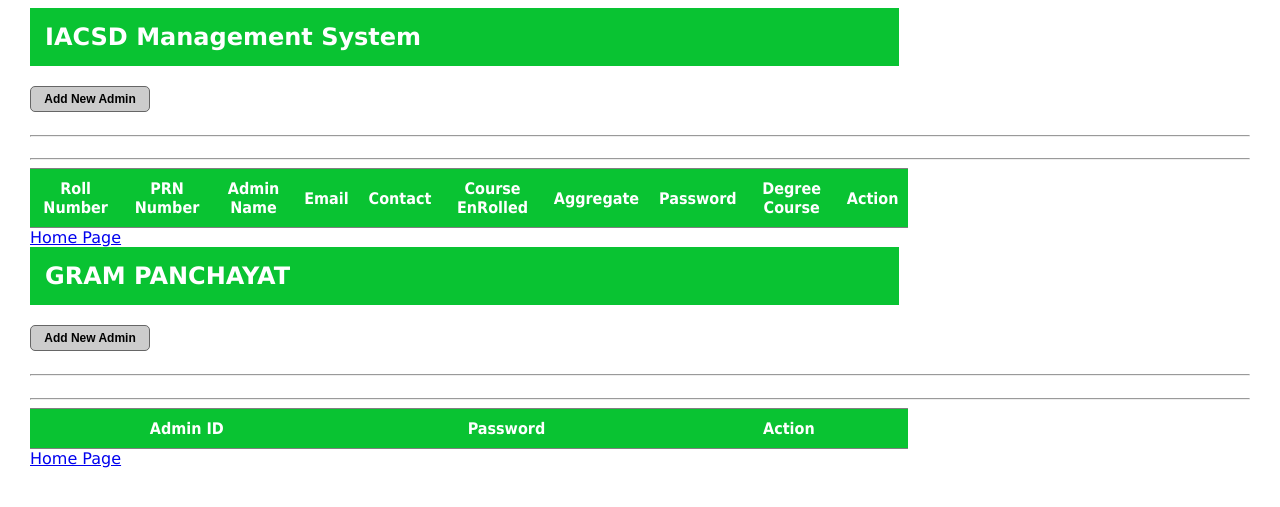
Repository: vsc8791/IMS
Page: http://localhost/epanchayat/WEB-INF/view/list-admins.jsp
These files come from the project's save history. The page is drawn as it stood at one moment and after the next save; the edit follows.
The browser window is 1280 px wide. The pictures show the whole page.
The page is served by Tomcat 9. Nobody is signed in. Other server files are loaded and not shown. The template is opened directly, without the code that normally fills it, so the values that code supplies are empty.

Above is the page before, as saved 2018-07-29 23:02:37.

### epanchayat/WebContent/WEB-INF/view/list-admins.jsp
 <%@ taglib uri="http://java.sun.com/jsp/jstl/core" prefix="c" %>

<!DOCTYPE html>

<html>

<head>
	<title>List Admins</title>

	<!-- reference our style sheet -->

	<link type="text/css"
		  rel="stylesheet"
		  href="${pageContext.request.contextPath}/resources/css/style.css" />

</head>

<body>


	<div id="wrapper">
		<div id="header">
			<h2>IACSD Management System</h2>
		</div>
	</div>



	<div id="container">

		<div id="content">

			<!-- put new button: Add Admin -->

			<input type="button" value="Add New Admin"
				   onclick="window.location.href='showFormForAdd'; return false;"
				   class="add-button"
			/>
		<hr>
<h1 align="center" style="color:red;"> ${message} </h1>
<hr>

			<!--  add our html table here -->

			<table>
				<tr>
					<th>Roll Number</th>
					<th>PRN Number</th>
					<th>Admin Name</th>
					<th>Email</th>
					<th>Contact</th>
					<th>Course EnRolled</th>
					<th>Aggregate</th>
					<th>Password</th>
					<th>Degree Course</th>
					<th>Action</th>
				</tr>

				<!-- loop over and print our admins -->
				<c:forEach var="tempAdmin" items="${admins}">

					<!-- construct an "update" link with admin id -->
					<c:url var="updateLink" value="/admin/showFormForUpdate">
						<c:param name="adminId" value="${tempAdmin.id}" />
					</c:url>

					<!-- construct an "delete" link with admin id -->
					<c:url var="deleteLink" value="/admin/delete">
						<c:param name="adminId" value="${tempAdmin.id}" />
					</c:url>

					<tr>
						<td> ${tempAdmin.rollNumber} </td>
						<td> ${tempAdmin.prnNumber} </td>
						<td> ${tempAdmin.adminName} </td>
						<td> ${tempAdmin.email} </td>
						<td> ${tempAdmin.contact} </td>
						<td> ${tempAdmin.course_enrolled} </td>
						<td> ${tempAdmin.aggregate} </td>
						<td> ${tempAdmin.password} </td>
						<td> ${tempAdmin.degree_course} </td>
						<td>
							<!-- display the update link -->
							<a href="${updateLink}">Update</a>|
							<a href="${deleteLink}"
							onclick="if (!(confirm('Are You Sure You Want To Delete this Admin Details?'))) return false">Delete</a>
						</td>


					</tr>

				</c:forEach>

			</table>

		</div>

	</div>

	<a href="http://localhost:8082/epanchayat/">Home Page</a>
</body>

</html> <%@ taglib uri="http://java.sun.com/jsp/jstl/core" prefix="c" %>

<!DOCTYPE html>

<html>

<head>
	<title>List Admins</title>

	<!-- reference our style sheet -->

	<link type="text/css"
		  rel="stylesheet"
		  href="${pageContext.request.contextPath}/resources/css/style.css" />

</head>

<body>


	<div id="wrapper">
		<div id="header">
			<h2>GRAM PANCHAYAT</h2>
		</div>
	</div>



	<div id="container">

		<div id="content">

			<!-- put new button: Add Admin -->

			<input type="button" value="Add New Admin"
				   onclick="window.location.href='showFormForAdd'; return false;"
				   class="add-button"
			/>
		<hr>
<h1 align="center" style="color:red;"> ${message} </h1>
<hr>

			<!--  add our html table here -->

			<table>
				<tr>
					<th>Admin  ID</th>
					<th>Password</th>

					<th>Action</th>
				</tr>

				<!-- loop over and print our admins -->
				<c:forEach var="tempAdmin" items="${admins}">

					<!-- construct an "update" link with admin id -->
					<c:url var="updateLink" value="/admin/showFormForUpdate">
						<c:param name="adminId" value="${tempAdmin.id}" />
					</c:url>

					<!-- construct an "delete" link with admin id -->
					<c:url var="deleteLink" value="/admin/delete">
						<c:param name="adminId" value="${tempAdmin.id}" />
					</c:url>

					<tr>
						<td> ${tempAdmin.adminid} </td>
						<td> ${tempAdmin.password} </td>

						<td>
							<!-- display the update link -->
							<a href="${updateLink}">Update</a>|
							<a href="${deleteLink}"
							onclick="if (!(confirm('Are You Sure You Want To Delete this Admin Details?'))) return false">Delete</a>
						</td>


					</tr>

				</c:forEach>

			</table>

		</div>

	</div>

	<a href="http://localhost:8082/epanchayat/">Home Page</a>
</body>

</html>

### epanchayat/WebContent/resources/css/style.css
html, body{
	margin-left:15px; margin-right:15px;
	padding:0px;
	font-family:Verdana, Arial, Helvetica, sans-serif;
}

table {
	border-collapse:collapse;
	border-bottom:1px solid gray;
	font-family: Tahoma,Verdana,Segoe,sans-serif;
	width:72%;
}

th {
	border-bottom:1px solid gray;
	background:none repeat scroll 0 0 #09c332;
	padding:10px;
	color: #FFFFFF;
}

tr {
	border-top:1px solid gray;
	text-align:center;
}

tr:nth-child(even) {background: #FFFFFF}
tr:nth-child(odd) {background: #BBBBBB}

#wrapper {width: 100%; margin-top: 0px; }
#header {width: 70%; background:#09c332; margin-top: 0px; padding:15px 0px 15px 15px;}
#header h2 {width: 100%; margin:auto; color: #FFFFFF;}
#container {width: 100%; margin:auto}
#container h3 {color: #000;}
#container #content {margin-top: 20px;}

.add-button {
	border: 1px solid #666;
	border-radius: 5px;
	padding: 4px;
	font-size: 12px;
	font-weight: bold;
	width: 120px;
	padding: 5px 10px;

	margin-bottom: 15px;
	background: #cccccc;
}

After the next save:
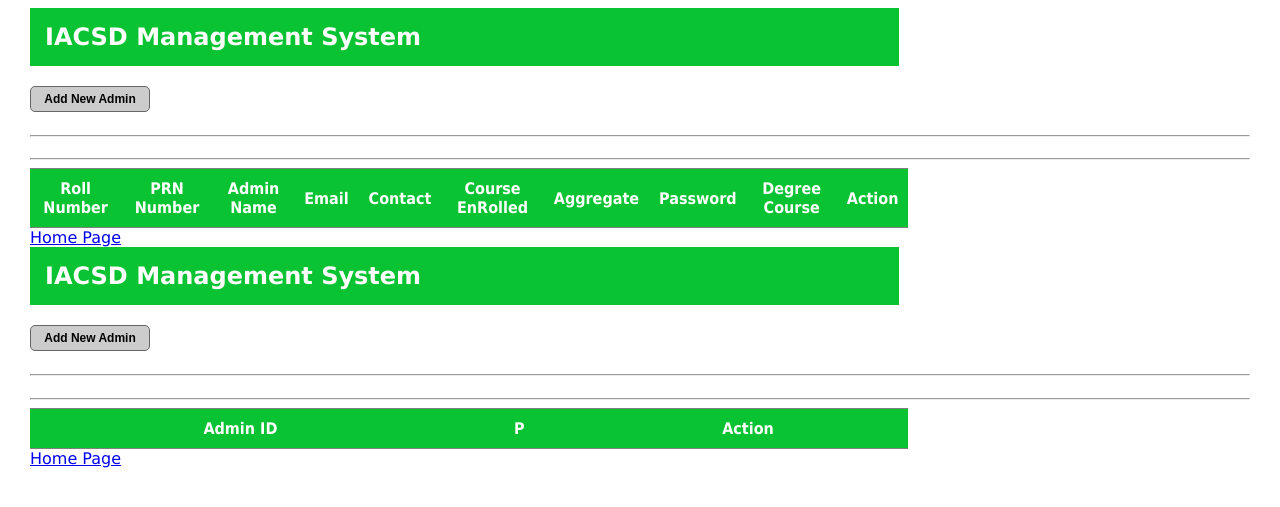
Saved 18 s later.
--- a/epanchayat/WebContent/WEB-INF/view/list-admins.jsp
+++ b/epanchayat/WebContent/WEB-INF/view/list-admins.jsp
@@ -97,7 +97,7 @@
 
 	</div>
 
-	<a href="http://localhost:8082/epanchayat/">Home Page</a>
+	<a href="http://localhost:8082/web-customer-tracker/">Home Page</a>
 </body>
 
 </html> <%@ taglib uri="http://java.sun.com/jsp/jstl/core" prefix="c" %>
@@ -122,7 +122,7 @@
 
 	<div id="wrapper">
 		<div id="header">
-			<h2>GRAM PANCHAYAT</h2>
+			<h2>IACSD Management System</h2>
 		</div>
 	</div>
 
@@ -146,8 +146,8 @@
 
 			<table>
 				<tr>
-					<th>Admin  ID</th>
-					<th>Password</th>
+					<th>Admin  ID	</th>
+					<th>P</th>
 
 					<th>Action</th>
 				</tr>
@@ -187,7 +187,7 @@
 
 	</div>
 
-	<a href="http://localhost:8082/epanchayat/">Home Page</a>
+	<a href="http://localhost:8082/web-customer-tracker/">Home Page</a>
 </body>
 
 </html>
